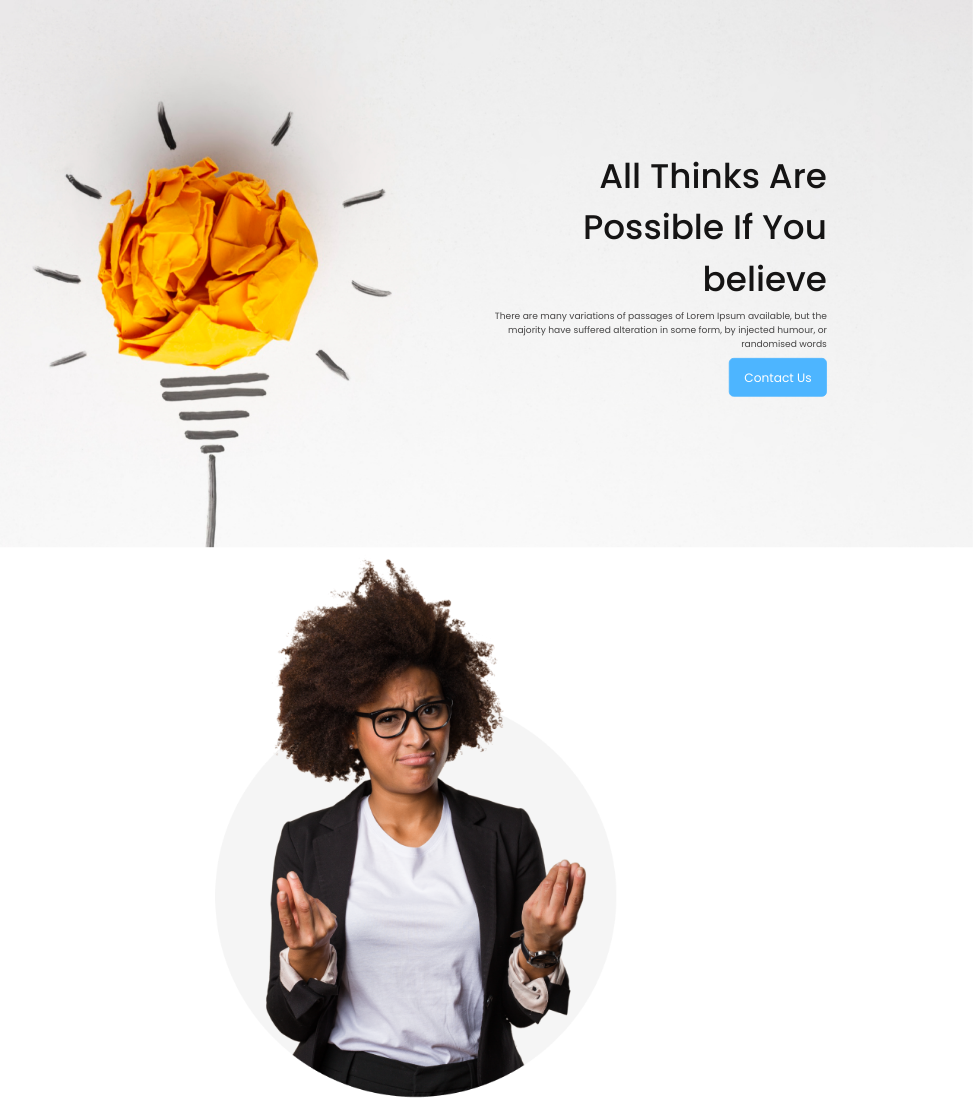
Repository: mdrubel02/new-year-new-mission
Page: index.html
These files come from the project's save history. The page is drawn as it stood at one moment and after the next save; the edit follows.
The browser window is 1280 px wide. The pictures show the whole page, at 76% of full size.

Above is the page before, as saved 2023-01-06 22:41:20.

After the next save:
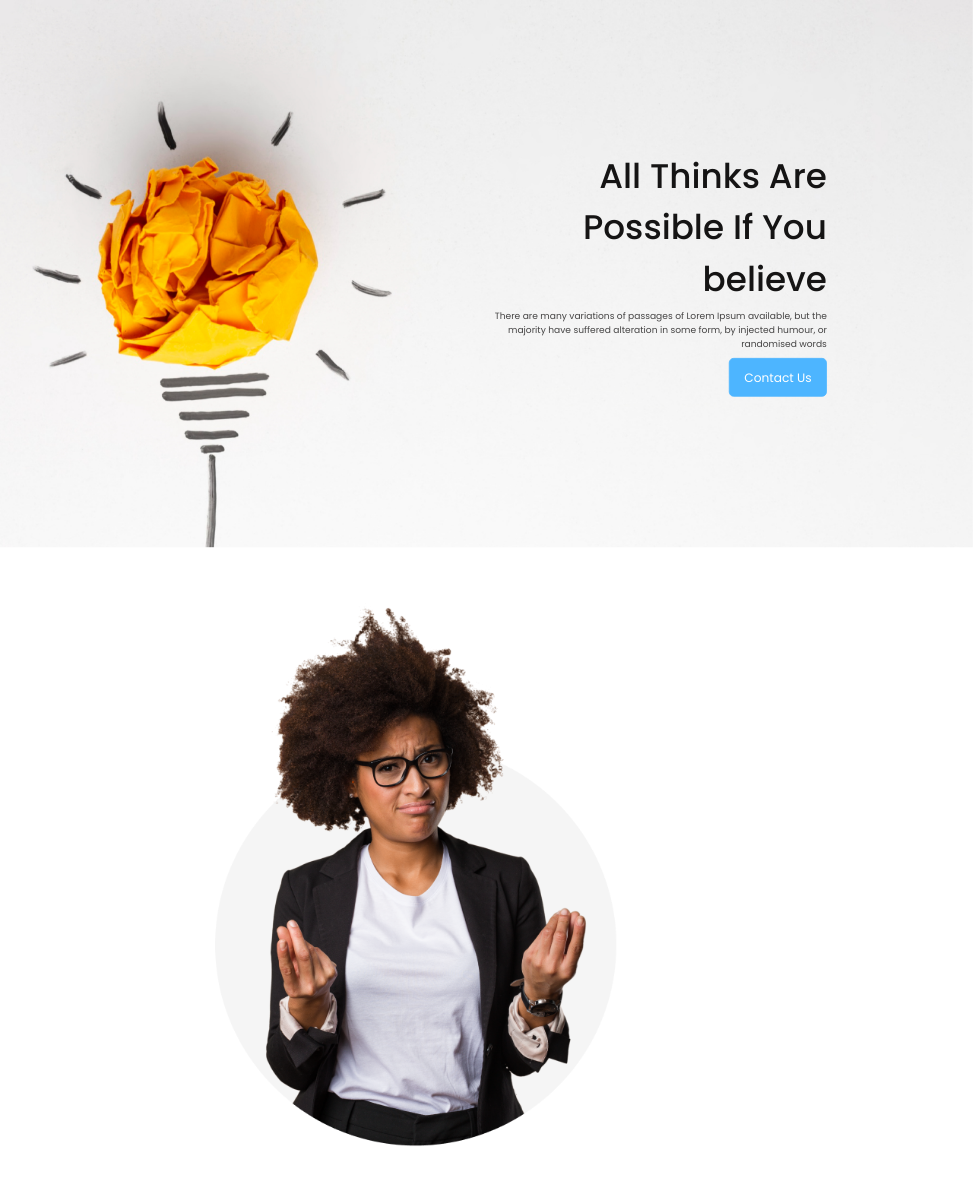
Saved 46 s later.
--- a/index.css
+++ b/index.css
@@ -27,6 +27,8 @@ h6 {
 .container {
     max-width: 1200px;
     margin: 0 auto;
+    margin-top: 5%;
+    margin-bottom: 5%;
     padding: 0 30px;
     box-sizing: border-box;
 }
